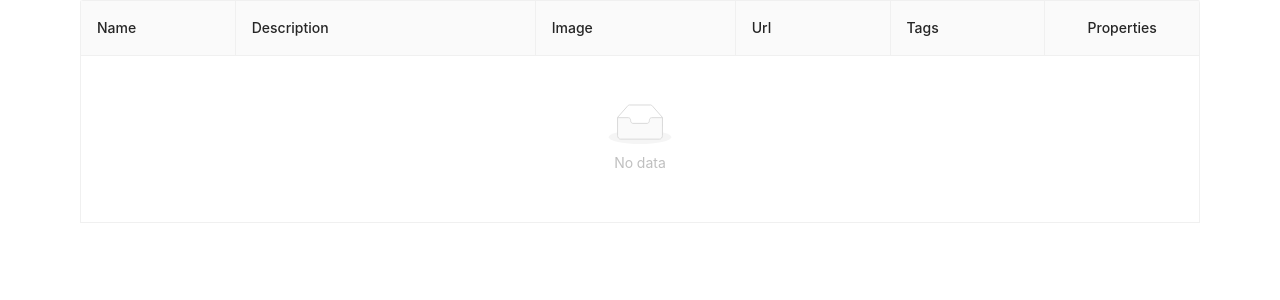
Repository: nitpfy/vote-applet
Page: / (app in table/)
These files come from the project's save history. The page is drawn as it stood at one moment and after the next save; the edit follows.
The browser window is 1280 px wide. The pictures show the whole page.
The page's requests for data from a server got no answer. The project was rebuilt for these pictures with package versions that can differ from the ones it lists, and the page was loaded fresh each time. No one was signed in, and anything a server would have sent is missing.

Above is the page before, as saved 2022-01-20 01:21:21.

After the next save:
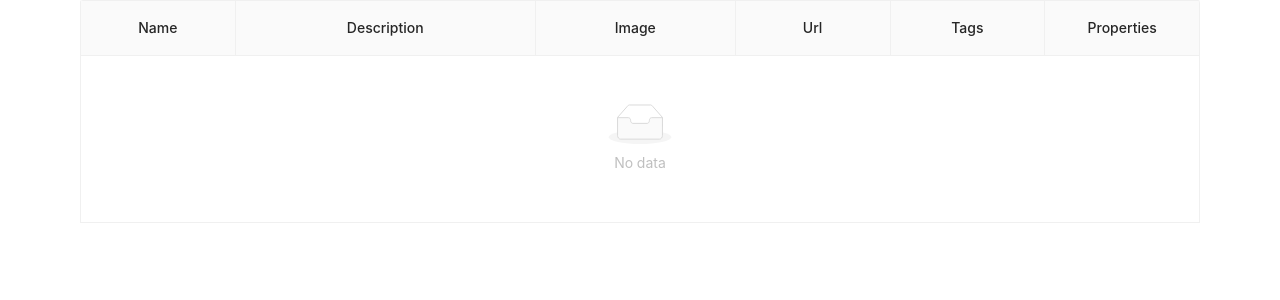
Saved 29 s later.
--- a/table/src/App.js
+++ b/table/src/App.js
@@ -44,14 +44,14 @@ export default memo(function App() {
       title: 'Name',
       dataIndex: 'name',
       key: 'name',
-      sticky:'true'
+      align:'center',
     },
     {
       title: 'Description',
       dataIndex: 'description',
       key: 'description',
       width:'300px',
-      sticky:'true',
+      align:'center',
       render: text => <Tooltip placement="topLeft" title={text}>{text}</Tooltip>,
       onCell: () => {
         return {
@@ -68,7 +68,7 @@ export default memo(function App() {
       title: 'Image',
       dataIndex: 'image',
       key: 'image',
-      sticky:'true',
+      align:'center',
       width:'200px',
       render: img => <img src={img} alt='null'></img>,
     },
@@ -76,13 +76,14 @@ export default memo(function App() {
       title: 'Url',
       dataIndex: 'baseURL',
       key: 'url',
-      sticky:'true',
+      align:'center',
       render: url => <a href={url}>{url}</a>,
     },
     {
       title: 'Tags',
       key: 'tags',
       dataIndex: 'tags',
+      align:'center',
       render: tags => (
         <>
           {tags.map(tag => {
